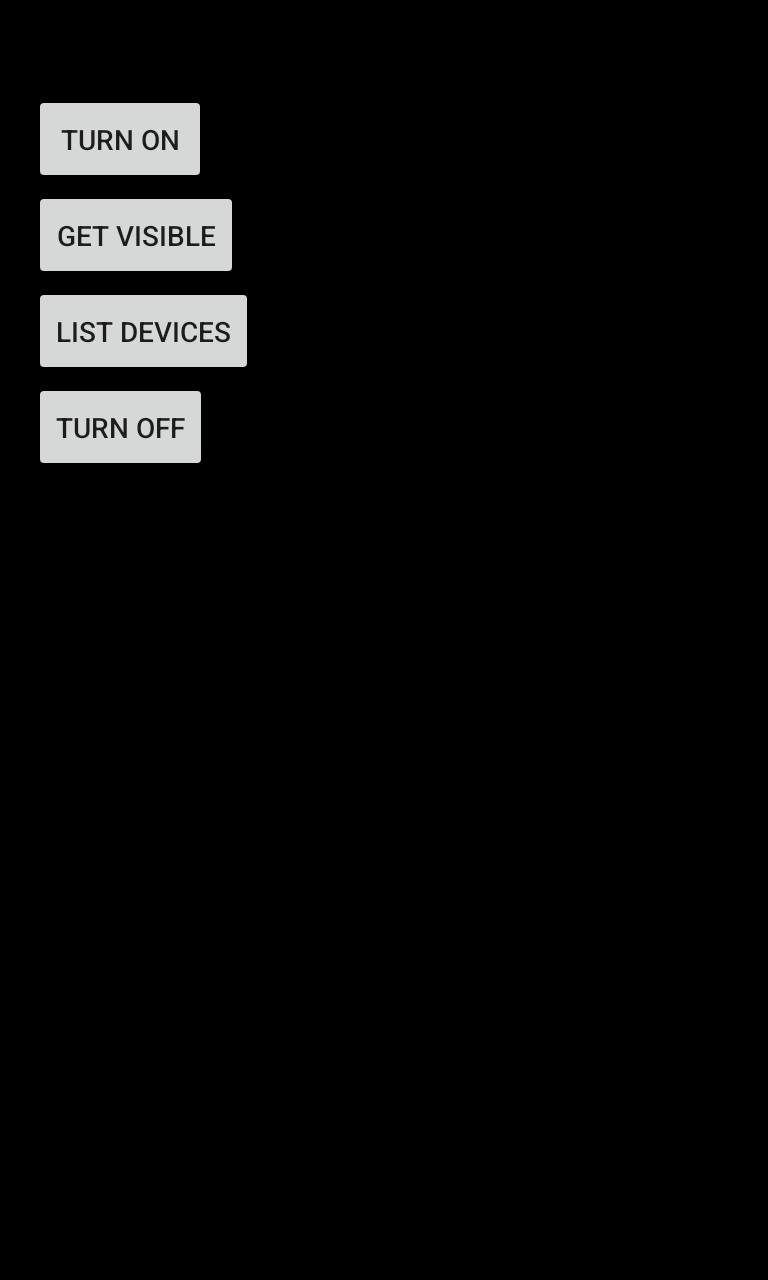
Repository: sjbrown4/BAN
Layout: HeartApp/HealthMonitor/res/layout/activity_main.xml
These files come from the project's save history. The layout is drawn as it stood at one moment and after the next save; the edit follows.
It is drawn on a 768 x 1280 px phone screen (xhdpi) without system bars, with theme AppTheme; the app's code is not run. Lists and similar views that code fills are empty.

Above is the layout before, as saved 2014-10-31 02:00:06.

### HeartApp/HealthMonitor/res/layout/activity_main.xml
<RelativeLayout xmlns:android="http://schemas.android.com/apk/res/android"
     xmlns:tools="http://schemas.android.com/tools"
     android:background="@drawable/black_background"
     android:layout_width="match_parent"
     android:layout_height="match_parent"
     android:paddingBottom="@dimen/activity_vertical_margin"
     android:paddingLeft="@dimen/activity_horizontal_margin"
     android:paddingTop="@dimen/activity_vertical_margin"
     tools:context="com.Titan.healthmonitor.MainActivity">

    <ScrollView
      android:id="@+id/scrollView1"
      android:layout_width="wrap_content"
      android:layout_height="wrap_content"
      android:layout_alignParentBottom="true"
      android:layout_alignParentLeft="true"
      android:layout_alignParentRight="true"
      android:layout_alignParentTop="true" >

   <LinearLayout
      android:layout_width="match_parent"
      android:layout_height="wrap_content"
      android:orientation="vertical" >

   <TextView
      android:id="@+id/textView1"
      android:layout_width="wrap_content"
      android:layout_height="wrap_content"
      android:text="@string/app_name"
      android:textAppearance="?android:attr/textAppearanceLarge" />

   <Button
      android:id="@+id/button1"
      android:layout_width="wrap_content"
      android:layout_height="wrap_content"
      android:onClick="on"
      android:text="@string/on" />

   <Button
      android:id="@+id/button2"
      android:layout_width="wrap_content"
      android:layout_height="wrap_content"
      android:onClick="visible"
      android:text="@string/Visible" />

   <Button
      android:id="@+id/button3"
      android:layout_width="wrap_content"
      android:layout_height="wrap_content"
      android:onClick="list"
      android:text="@string/List" />

   <Button
      android:id="@+id/button4"
      android:layout_width="wrap_content"
      android:layout_height="wrap_content"
      android:onClick="off"
      android:text="@string/off" />

   <ListView
     android:id="@+id/listView1"
      android:layout_width="match_parent"
      android:layout_height="wrap_content"
      android:visibility="visible" >
   </ListView>

   </LinearLayout>
</ScrollView>
</RelativeLayout>

### HeartApp/HealthMonitor/res/values/strings.xml
<?xml version="1.0" encoding="utf-8"?>
<resources>
    <string name="app_name">Health Monitor</string>
    <string name="action_settings">Settings</string>
   <string name="hello_world">Hello world!</string>
   <string name="on">Turn On</string>
   <string name="off">Turn Off</string>
   <string name="Visible">Get Visible</string>
   <string name="List">List Devices</string>
</resources>

Loaded but not shown: HeartApp/HealthMonitor/res/values/styles.xml (common file); HeartApp/HealthMonitor/res/values-v11/styles.xml (common file); HeartApp/HealthMonitor/res/values-v14/styles.xml (common file); HeartApp/HealthMonitor/res/values/dimens.xml (common file); HeartApp/HealthMonitor/res/values-w820dp/dimens.xml (common file)

After the next save:
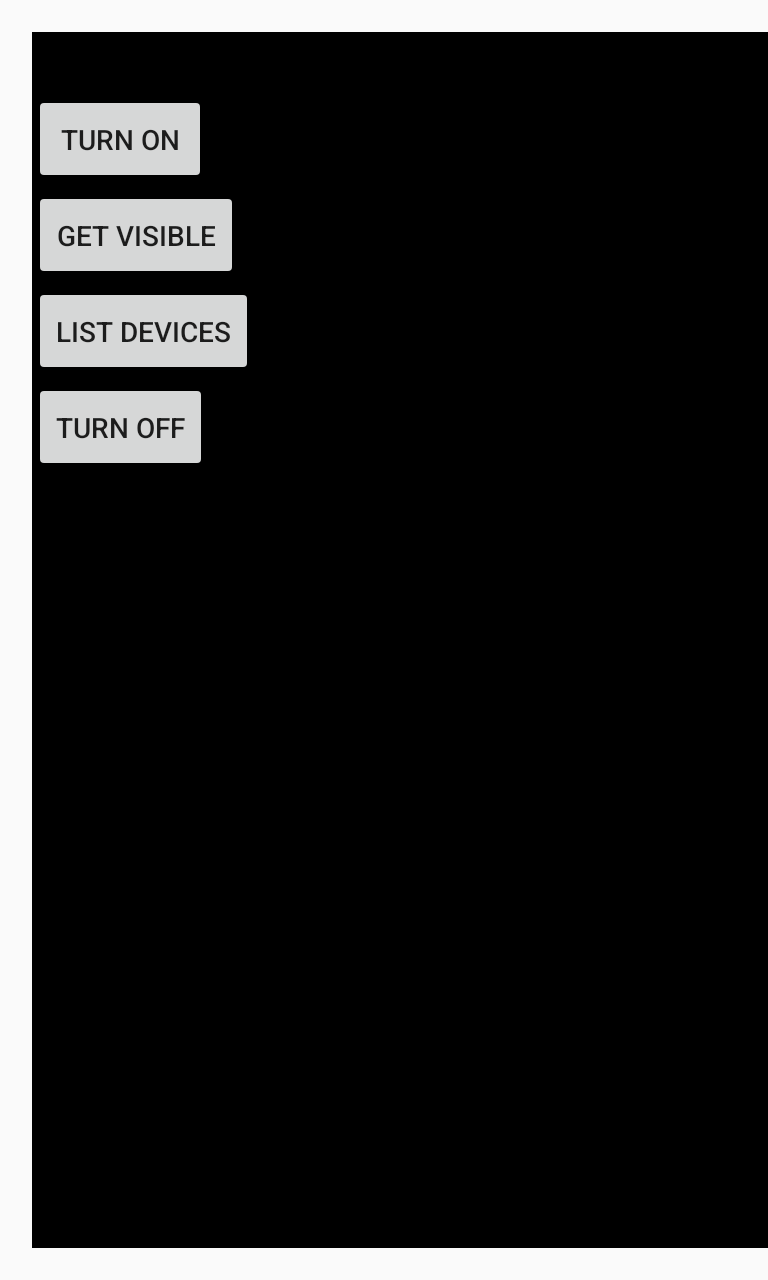
Saved 19 s later.
--- a/HeartApp/HealthMonitor/res/layout/activity_main.xml
+++ b/HeartApp/HealthMonitor/res/layout/activity_main.xml
@@ -1,6 +1,5 @@
 <RelativeLayout xmlns:android="http://schemas.android.com/apk/res/android"
      xmlns:tools="http://schemas.android.com/tools"
-     android:background="@drawable/black_background"
      android:layout_width="match_parent"
      android:layout_height="match_parent"
      android:paddingBottom="@dimen/activity_vertical_margin"
@@ -12,6 +11,7 @@
       android:id="@+id/scrollView1"
       android:layout_width="wrap_content"
       android:layout_height="wrap_content"
+     android:background="@drawable/black_background"
       android:layout_alignParentBottom="true"
       android:layout_alignParentLeft="true"
       android:layout_alignParentRight="true"

After the save that followed:
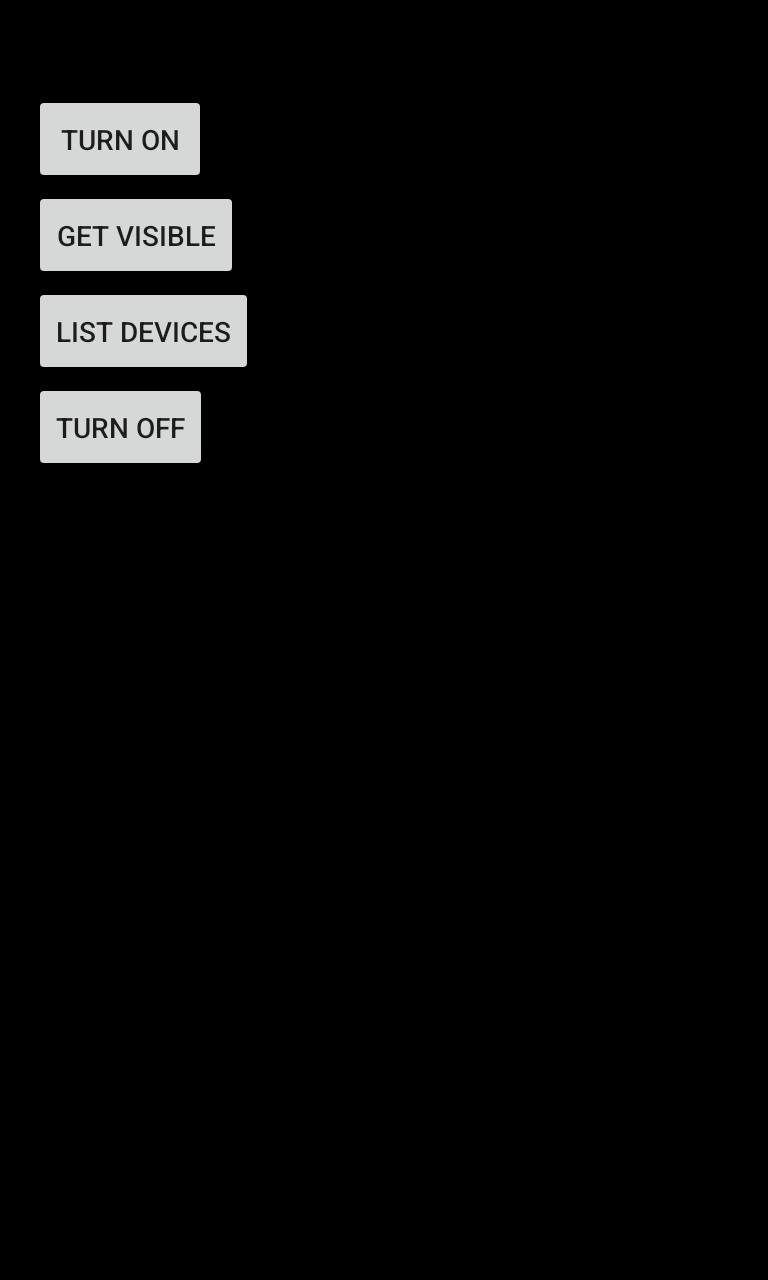
Saved 3 min 47 s later.
--- a/HeartApp/HealthMonitor/res/layout/activity_main.xml
+++ b/HeartApp/HealthMonitor/res/layout/activity_main.xml
@@ -1,5 +1,6 @@
 <RelativeLayout xmlns:android="http://schemas.android.com/apk/res/android"
      xmlns:tools="http://schemas.android.com/tools"
+     android:background="@drawable/black_background"
      android:layout_width="match_parent"
      android:layout_height="match_parent"
      android:paddingBottom="@dimen/activity_vertical_margin"
@@ -11,7 +12,6 @@
       android:id="@+id/scrollView1"
       android:layout_width="wrap_content"
       android:layout_height="wrap_content"
-     android:background="@drawable/black_background"
       android:layout_alignParentBottom="true"
       android:layout_alignParentLeft="true"
       android:layout_alignParentRight="true"
